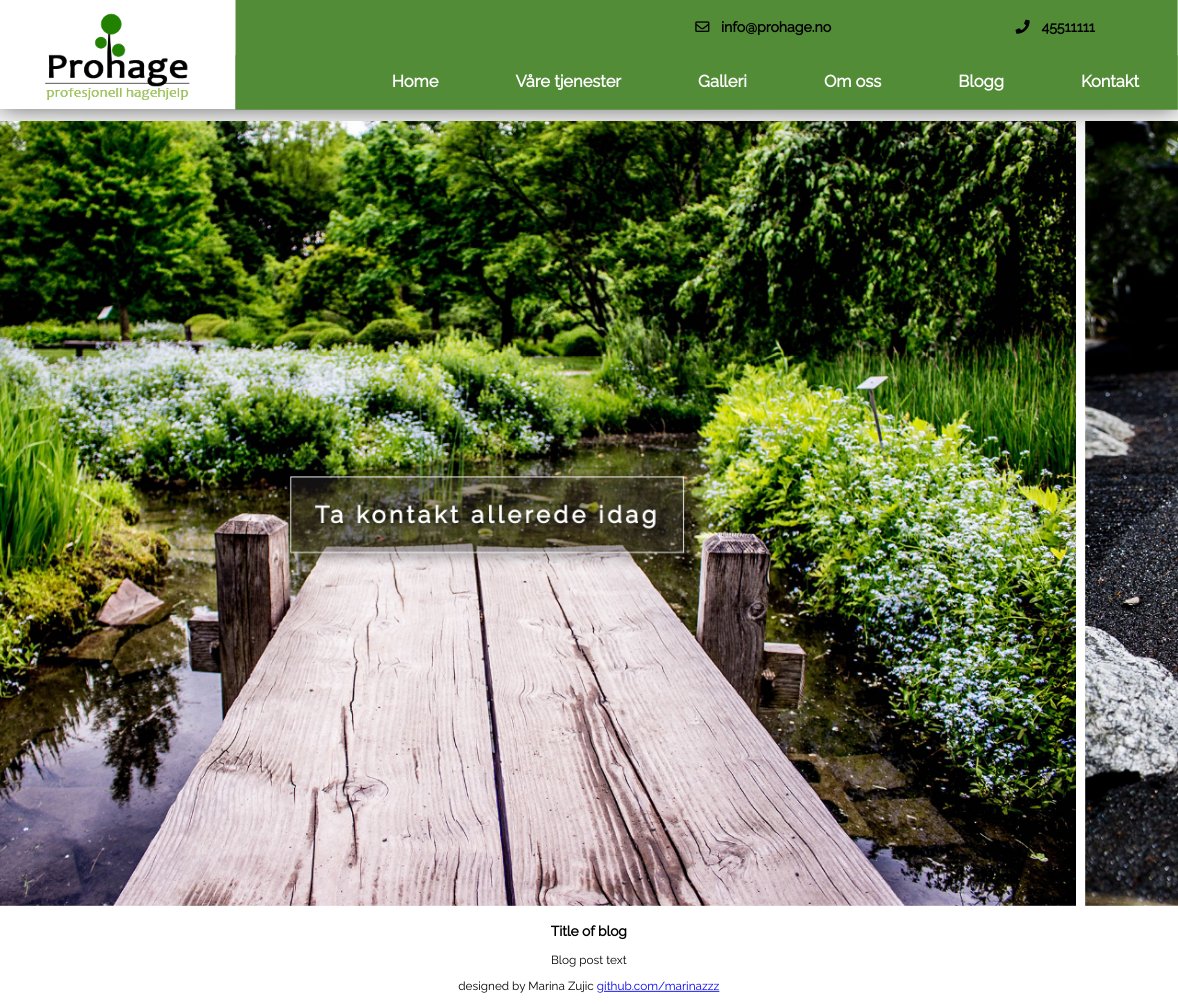
Repository: marinazzz/garden-design-website
Page: index.html
An editor plug-in stored every save of this project. The page is shown before and after the next save, followed by the edit.
The browser window is 1280 px wide. The pictures show the whole page, at 92% of full size.

Above is the page before, as saved 2020-03-31 09:06:11.

After the next save:
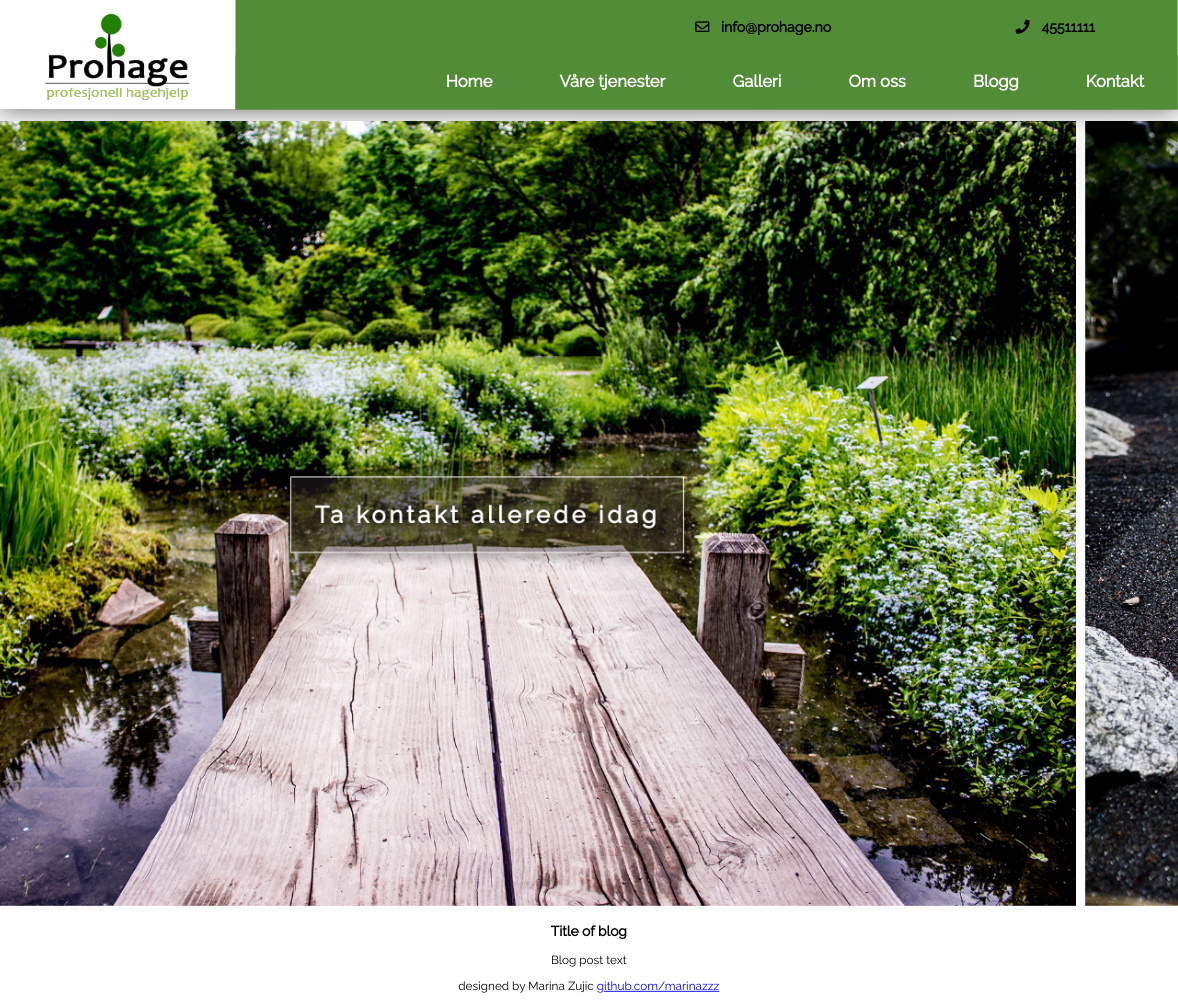
Saved 94 s later.
--- a/CSS/min-width-768px.css
+++ b/CSS/min-width-768px.css
@@ -69,6 +69,7 @@
     flex-direction: row;
     justify-content: center;
     align-items: center;
+    padding-left: 5rem;
   }
 
   .menu__item {
